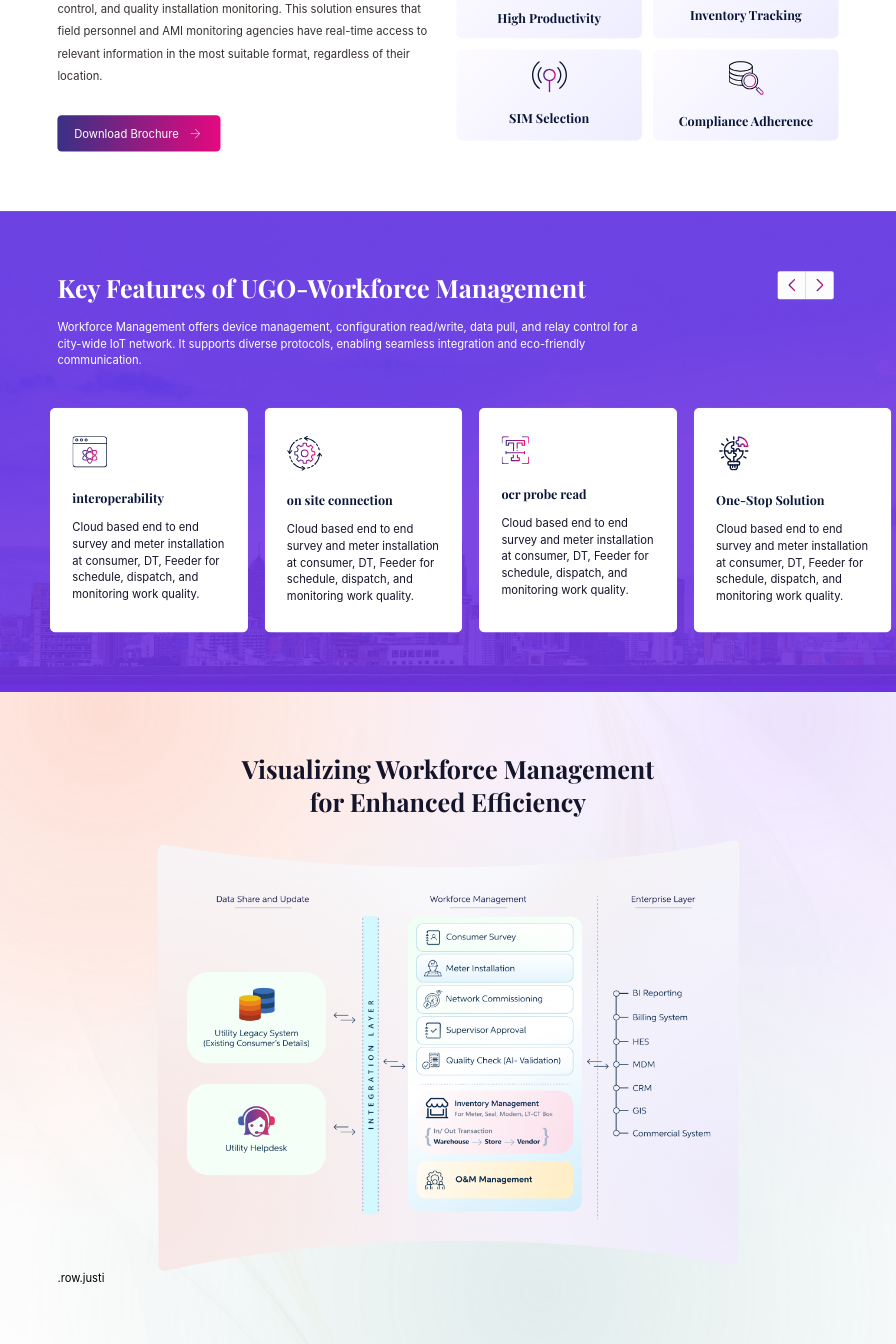
Repository: mangalravi/inventive
Page: WFM-Detail-Page.html
An editor plug-in stored every save of this project. The page is shown before and after a run of saves, followed by the edit.
The browser window is 1280 px wide. The pictures show the part of the page from y = 892 to 2812 px (the page is 2812 px tall), at 70% of full size.
Some web fonts or font styles are not loaded; a fallback is used. The style sheet was rebuilt from its Sass, Less or Tailwind sources for each picture, by a compiler version that may differ from the author's.

Above is the page before, as saved 2024-07-11 10:52:28.

### WFM-Detail-Page.html
<!DOCTYPE html>
<html lang="en">
  <head>
    <meta charset="UTF-8" />
    <meta name="viewport" content="width=device-width, initial-scale=1.0" />
    <title>Inventive</title>
    <link rel="icon" type="image/x-icon" href="content/images/favicon.png" />
    <link rel="stylesheet" href="content/lib/swiper/css/swiper.css" />
    <link href="content/css/font-family.css" />
    <link rel="stylesheet" href="content/css/Icon.css" />
    <link rel="stylesheet" as="style" href="content/css/custom.css" />
    <link href="content/css/custom-grid.css" />
  </head>
  <body>
    <header>
      <nav class="navbar">
        <div class="container">
          <div class="menu-extras lazyloaded">
            <div class="menu-item">
              <a class="navbar-toggle">
                <div class="lines">
                  <span></span>
                  <span></span>
                  <span></span>
                </div>
              </a>
            </div>
          </div>

          <div class="row align-items-center">
            <div class="col-2">
              <a href="#">
                <img
                  width="120"
                  height="36"
                  alt="inventive_logo"
                  src="content/images/inventive_logo-1.svg"
                />
              </a>
              <button class="navbar-toggler" type="button">
                <span class="navbar-toggler-icon"></span>
              </button>
            </div>
            <div class="col-8">
              <div class="collapse navbar-collapse">
                <ul class="navbar-nav">
                  <li class="parent-menu position-relative">
                    <a href="#">Industry</a>
                    <span class="menu-arrow"></span>
                    <ul class="submenu">
                      <li>
                        <a href="#" class="sub-menu-item">About Us</a>
                      </li>
                      <li>
                        <a href="#" target="_blank" class="sub-menu-item"
                          >Company Profile</a
                        >
                      </li>
                      <li>
                        <a href="#" target="_blank" class="sub-menu-item"
                          >Virtual Introduction</a
                        >
                      </li>
                      <li>
                        <a href="#" class="sub-menu-item">Office Locations</a>
                      </li>
                      <li><a href="#" class="sub-menu-item">Our Team</a></li>
                      <li>
                        <a href="#" class="sub-menu-item">Our Clients</a>
                      </li>
                      <li>
                        <a href="#" class="sub-menu-item">Certificates</a>
                      </li>
                      <li>
                        <a href="#" class="sub-menu-item">Events News</a>
                      </li>
                      <li><a href="#" class="sub-menu-item">Gallery</a></li>
                    </ul>
                  </li>
                  <li class="nav-item">
                    <a href="#" class="nav-link">Service</a>
                  </li>
                  <li class="parent-menu position-relative">
                    <a href="#">Product</a><span class="menu-arrow"></span>
                    <div class="prodlist submenu">
                      <div class="tabs">
                        <ul class="tab-links">
                          <li class="tab-link" data-tab="tab1">
                            <a href="#">Smart Metering Solutions(SMS)</a>
                          </li>
                          <li class="tab-link" data-tab="tab2">
                            <a href="#">Unified Billing System</a>
                          </li>
                          <li class="tab-link" data-tab="tab3">
                            <a href="#">Enterprise Resource Planning</a>
                          </li>
                        </ul>
                        <div class="tab-content">
                          <div id="tab1" class="tab">
                            <ul class="mgmenu mb-4 ms-5">
                              <li>
                                <a href="/head-end-system"
                                  >Head End System
                                  <i class="bi bi-arrow-right"></i
                                ></a>
                              </li>
                              <li>
                                <a href="/meter-data-management"
                                  >Meter Data Management
                                  <i class="bi bi-arrow-right"></i
                                ></a>
                              </li>
                              <li>
                                <a href="/consumer-survey-meter-installation"
                                  >Consumer Survey &amp; Meter Installation
                                  <i class="bi bi-arrow-right"></i
                                ></a>
                              </li>
                              <li>
                                <a href="/smart-prepaid-system"
                                  >Smart Prepaid System
                                  <i class="bi bi-arrow-right"></i
                                ></a>
                              </li>
                              <li>
                                <a href="/energy-audit"
                                  >Energy Audit <i class="bi bi-arrow-right"></i
                                ></a>
                              </li>
                            </ul>
                          </div>
                          <div id="tab2" class="tab">
                            <ul class="mgmenu mb-4 ms-5">
                              <li>
                                <a href="/metering-billing-and-collection"
                                  >Metering, Billing &amp; Collection
                                  <i class="bi bi-arrow-right"></i
                                ></a>
                              </li>
                              <li>
                                <a href="/crm-for-utilities"
                                  >CRM <i class="bi bi-arrow-right"></i
                                ></a>
                              </li>
                              <li>
                                <a href="/workforce-management"
                                  >Workforce Management
                                  <i class="bi bi-arrow-right"></i
                                ></a>
                              </li>
                              <li>
                                <a href="/spot-billing-app"
                                  >Spot Billing App
                                  <i class="bi bi-arrow-right"></i
                                ></a>
                              </li>
                              <li>
                                <a href="/consumer-app-and-portal"
                                  >Consumer App and Portal
                                  <i class="bi bi-arrow-right"></i
                                ></a>
                              </li>
                              <li>
                                <a href="/energy-analytics"
                                  >Energy Analytics
                                  <i class="bi bi-arrow-right"></i
                                ></a>
                              </li>
                              <li>
                                <a href="/network-indexing-management"
                                  >Network Indexing Management
                                  <i class="bi bi-arrow-right"></i
                                ></a>
                              </li>
                              <li>
                                <a href="/ocr-based-billing"
                                  >OCR Based Billing
                                  <i class="bi bi-arrow-right"></i
                                ></a>
                              </li>
                            </ul>
                          </div>
                          <div id="tab3" class="tab">
                            <ul class="mgmenu mb-4 ms-5">
                              <li>
                                <a href="/erp-procurement-module"
                                  >Procurement <i class="bi bi-arrow-right"></i
                                ></a>
                              </li>
                              <li>
                                <a href="/finance-and-accounting"
                                  >Finance &amp; Accounting
                                  <i class="bi bi-arrow-right"></i
                                ></a>
                              </li>
                              <li>
                                <a href="/human-resource-management-system"
                                  >HRMS <i class="bi bi-arrow-right"></i
                                ></a>
                              </li>
                              <li>
                                <a href="/erp-sales-module"
                                  >Sales <i class="bi bi-arrow-right"></i
                                ></a>
                              </li>
                              <li>
                                <a href="/erp-supply-chain-management"
                                  >Supply Chain Management
                                  <i class="bi bi-arrow-right"></i
                                ></a>
                              </li>
                              <li>
                                <a href="/customer-relationship-management"
                                  >CRM <i class="bi bi-arrow-right"></i
                                ></a>
                              </li>
                              <li>
                                <a href="/inventory-management-system"
                                  >Inventory Management
                                  <i class="bi bi-arrow-right"></i
                                ></a>
                              </li>
                              <li>
                                <a href="/warehouse-management-system"
                                  >Warehouse Management
                                  <i class="bi bi-arrow-right"></i
                                ></a>
                              </li>
                            </ul>
                          </div>
                        </div>
                      </div>
                    </div>
                  </li>
                  <li class="parent-menu position-relative">
                    <a href="#">Insights</a><span class="menu-arrow"></span>
                    <ul class="submenu">
                      <li><a href="#" class="sub-menu-item">Blogs</a></li>
                      <li>
                        <a href="#" class="sub-menu-item">Contact Us</a>
                      </li>
                    </ul>
                  </li>
                  <li class="nav-item">
                    <a href="#" class="nav-link">Career</a>
                  </li>
                </ul>
              </div>
            </div>
            <div class="col-2">
              <a href="#" class="btn-outline-main">
                <span>Employee Login</span>
              </a>
            </div>
          </div>
        </div>
      </nav>
    </header>

    <section class="top-banner">
      <div class="container">
        <div class="row">
          <div class="col-md-6">
            <div class="tpcntnt">
              <p>Workforce Management</p>
              <h4>A Driving Change Meter by Meter for Better Tomorrow</h4>
              <a href="#" class="btn btn-primary"
                >Request a Demo
                <span class="material-symbols-outlined">
                  arrow_forward
                </span></a
              >
            </div>
          </div>
        </div>
      </div>
    </section>

    <section class="intro pt-0">
      <div class="container">
        <div class="row align-items-end">
          <div class="col-md-6 d-flex">
            <div class="lft">
              <h4>Index – Commission - Monitor</h4>
              <p>
                Collaborating with UGO, you can effectively address the
                challenge of balancing cost control with service quality. UGO
                seamlessly integrates Workforce Management (WFM) systems
                incorporating consumer indexing, meter installation, network
                commissioning with HES, inventory control, and quality
                installation monitoring. This solution ensures that field
                personnel and AMI monitoring agencies have real-time access to
                relevant information in the most suitable format, regardless of
                their location.
              </p>
              <a href="#" class="btn btn-main">
                Download Brochure
                <span class="material-symbols-outlined">
                  arrow_forward
                </span></a
              >
            </div>
          </div>
          <div class="col-md-6 d-flex">
            <div class="mainrgt">
              <div class="row gx-3">
                <div class="col-sm-6 d-flex">
                  <div class="rgt">
                    <img
                      src="content/images/High-Productivity.svg"
                      alt="High"
                    />
                    <h4>High Productivity</h4>
                  </div>
                </div>
                <div class="col-sm-6 d-flex">
                  <div class="rgt">
                    <img
                      src="content/images/Inventory-Tracking.svg"
                      alt="Inventory"
                    />
                    <h4>Inventory Tracking</h4>
                  </div>
                </div>
                <div class="col-sm-6 d-flex">
                  <div class="rgt">
                    <img src="content/images/SIM-Selection.svg" alt="SIM" />
                    <h4>SIM Selection</h4>
                  </div>
                </div>
                <div class="col-sm-6 d-flex">
                  <div class="rgt">
                    <img
                      src="content/images/compliance-adherence.svg"
                      alt="compliance"
                    />
                    <h4>Compliance Adherence</h4>
                  </div>
                </div>
              </div>
            </div>
          </div>
        </div>
      </div>
    </section>
    <section class="key-feature position-relative">
      <div class="swiper">
        <div class="container">
          <div class="row">
            <div class="col-11 col-sm-10 col-md-8">
              <div class="tpcntnt">
                <h4>Key Features of UGO-Workforce Management</h4>
                <p>
                  Workforce Management offers device management, configuration
                  read/write, data pull, and relay control for a city-wide IoT
                  network. It supports diverse protocols, enabling seamless
                  integration and eco-friendly communication.
                </p>
              </div>
            </div>
          </div>
        </div>

        <div class="swiper-wrapper">
          <!-- Slides -->
          <div class="swiper-slide">
            <div class="slidecntnt">
              <img
                src="content/images/Key-features/one-stop-solution.svg"
                alt="solution"
              />
              <h5>One-Stop Solution</h5>
              <p>
                Cloud based end to end survey and meter installation at
                consumer, DT, Feeder for schedule, dispatch, and monitoring work
                quality.
              </p>
            </div>
          </div>
          <div class="swiper-slide">
            <div class="slidecntnt">
              <img
                src="content/images/Key-features/project-onitoring.svg"
                alt="project"
              />
              <h5>Project Monitoring</h5>
              <p>
                Rich UI/UX based dynamic dashboards and reports to track project
                status and quality of eld work at site.
              </p>
            </div>
          </div>
          <div class="swiper-slide">
            <div class="slidecntnt">
              <img
                src="content/images/Key-features/signal-strength.svg"
                alt="signal"
              />
              <h5>Signal Strength</h5>
              <p>
                Capture SIM connectivity status for proper planning of
                deployment of GPRS/RF mechanism at site.
              </p>
            </div>
          </div>
          <div class="swiper-slide">
            <div class="slidecntnt">
              <img
                src="content/images/Key-features/location-tracking.svg"
                alt="location"
              />
              <h5>Location Tracking</h5>
              <p>
                Support accurate GPS co-ordinates capturing from mobile device
                for efficient route planning and time saving.
              </p>
            </div>
          </div>
          <div class="swiper-slide">
            <div class="slidecntnt">
              <img
                src="content/images/Key-features/on-site-connection.svg"
                alt="connection"
              />
              <h5>on site connection</h5>
              <p>
                Cloud based end to end survey and meter installation at
                consumer, DT, Feeder for schedule, dispatch, and monitoring work
                quality.
              </p>
            </div>
          </div>
          <div class="swiper-slide">
            <div class="slidecntnt">
              <img
                src="content/images/Key-features/interoperability.svg"
                alt="interoperability"
              />
              <h5>interoperability</h5>
              <p>
                Cloud based end to end survey and meter installation at
                consumer, DT, Feeder for schedule, dispatch, and monitoring work
                quality.
              </p>
            </div>
          </div>
          <div class="swiper-slide">
            <div class="slidecntnt">
              <img
                src="content/images/Key-features/on-site-connection.svg"
                alt="connection"
              />
              <h5>on site connection</h5>
              <p>
                Cloud based end to end survey and meter installation at
                consumer, DT, Feeder for schedule, dispatch, and monitoring work
                quality.
              </p>
            </div>
          </div>
          <div class="swiper-slide">
            <div class="slidecntnt">
              <img
                src="content/images/Key-features/ocr-probe-read.svg"
                alt="ocr"
              />
              <h5>ocr probe read</h5>
              <p>
                Cloud based end to end survey and meter installation at
                consumer, DT, Feeder for schedule, dispatch, and monitoring work
                quality.
              </p>
            </div>
          </div>
        </div>

        <div class="swiper-btn">
          <div class="swiper-button-prev"></div>
          <div class="swiper-button-next"></div>
        </div>
      </div>
    </section>

    <section class="work-flow">
      <div class="container">
        <div class="row justify-content-center">
          <div class="col-md-7">
            <h4 class="sec-head">
              Visualizing Workforce Management for Enhanced Efficiency
            </h4>
          </div>
        </div>
        <div class="row justify-content-center">
          <div class="col-9">
            <div class="workflowimg">
              <img src="content/images/diagram.png" alt="diagram" />
            </div>
          </div>
        </div>
        .row.justi
      </div>
    </section>

    <script src="content/js/jquery.min.js"></script>
    <script src="content/lib/swiper/js/swiper.js"></script>
    <script src="content/js/custom.js"></script>
  </body>
</html>

### content/css/font-family.css
/* Inter font family */
@font-face {
  font-family: "Inter";
  font-style: normal;
  font-weight: 400;
  src: url("../fonts/Inter/Inter-Regular.ttf") format("truetype");
  font-display: swap;
}
@font-face {
  font-family: "Inter";
  font-style: normal;
  font-weight: 500;
  src: url("../fonts/Inter/Inter-Medium.ttf") format("truetype");
  font-display: swap;
}

@font-face {
  font-family: "Inter";
  font-style: normal;
  font-weight: 600;
  src: url("../fonts/Inter/Inter-SemiBold.ttf") format("truetype");
  font-display: swap;
}



/* Playfair Display font family */
@font-face {
  font-family: "Playfair Display";
  font-style: normal;
  font-weight: 600;
  src: url("../fonts/Playfair_Display/PlayfairDisplay-SemiBold.ttf") format("truetype");
  font-display: swap;
}

@font-face {
  font-family: "Playfair Display";
  font-style: normal;
  font-weight: 700;
  src: url("../fonts/Playfair_Display/PlayfairDisplay-Bold.ttf") format("truetype");
  font-display: swap;
}

Loaded but not shown: content/lib/swiper/css/swiper.css (library); content/js/jquery.min.js (library); content/lib/swiper/js/swiper.js (library); content/images/High-Productivity.svg (25 lines, source omitted); content/images/SIM-Selection.svg (16 lines, source omitted); content/js/custom.js (63 lines, source omitted); content/css/custom.scss (804 lines, source omitted); content/css/Icon.css (90 lines, source omitted)

After the next 2 saves:
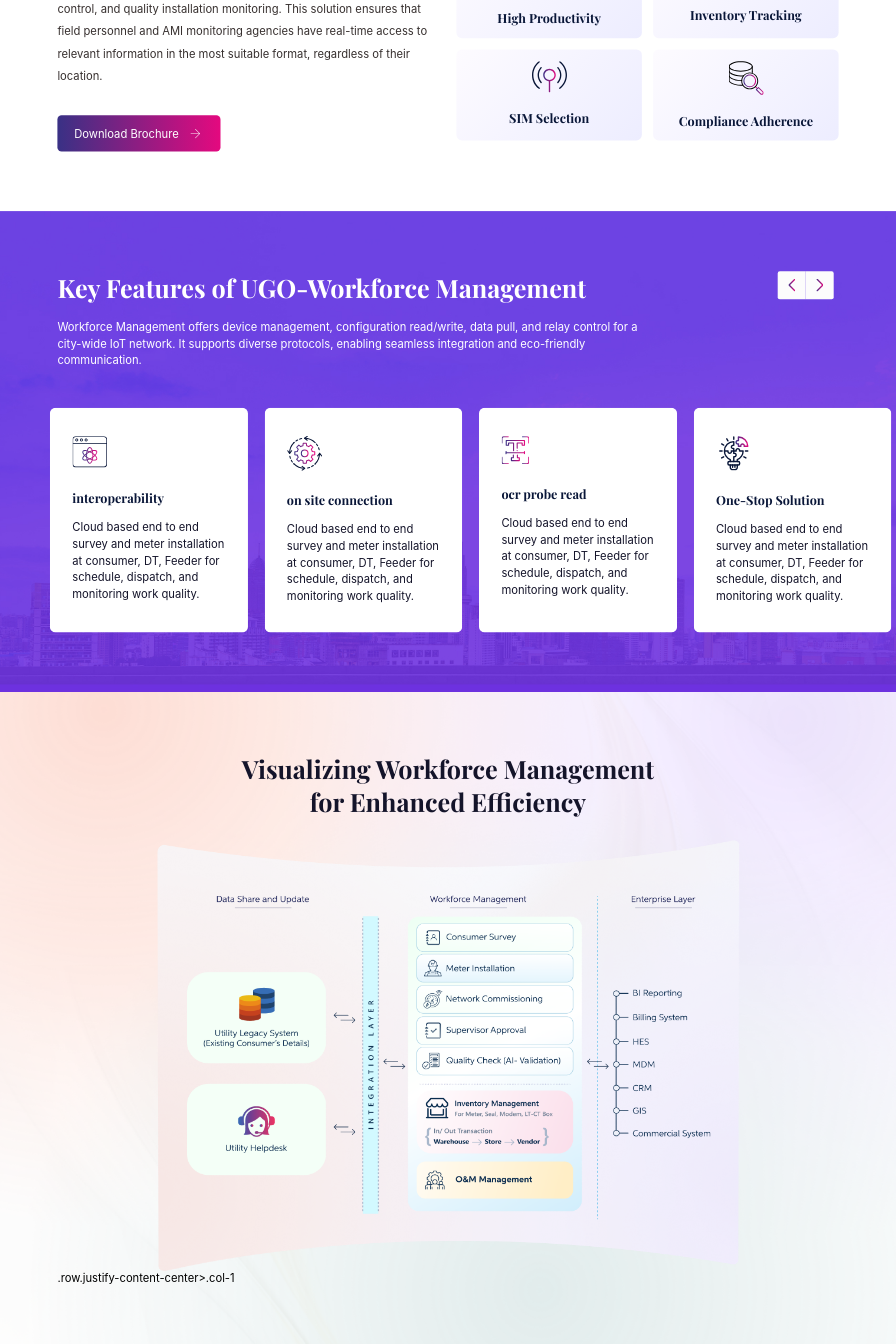
The 2 saves are shown as one change because they came seconds apart.
The last was saved 9 s later.
--- a/WFM-Detail-Page.html
+++ b/WFM-Detail-Page.html
@@ -497,7 +497,7 @@
             </div>
           </div>
         </div>
-        .row.justi
+        .row.justify-content-center>.col-1
       </div>
     </section>
 
